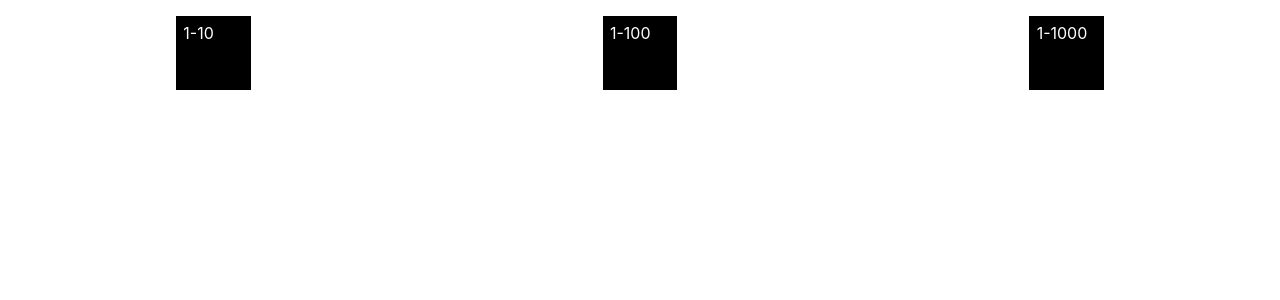
Repository: michalgornicki/number-generator
Page: /
The author's editor kept a copy of each file at every save. The page is drawn from the files as they stood at one save, then again after the next save.
The browser window is 1280 px wide. The pictures show the whole page.
The project was rebuilt for these pictures with package versions that can differ from the ones it lists, and the page was loaded fresh each time.

Above is the page before, as saved 2021-12-03 13:37:32.

After the next save:
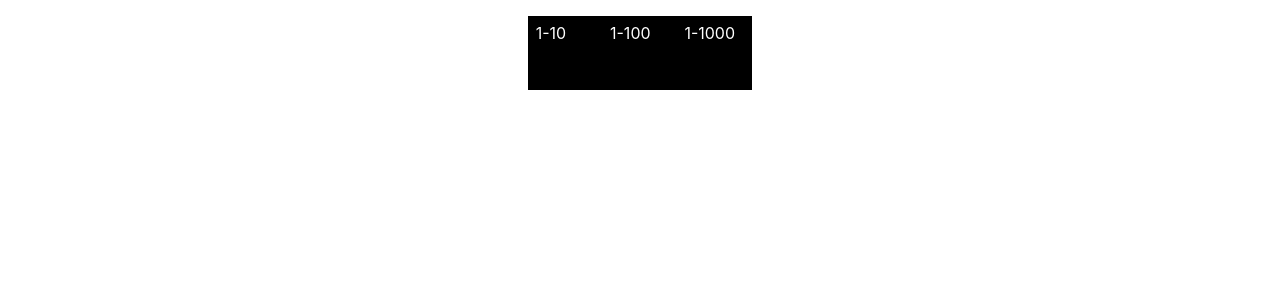
Saved 43 s later.
--- a/src/App.css
+++ b/src/App.css
@@ -5,7 +5,6 @@
 
 .button{
     display: block;
-    margin:auto;
     width: 60px;
     height: 60px;
     background-color: black;

After the 2 saves that followed:
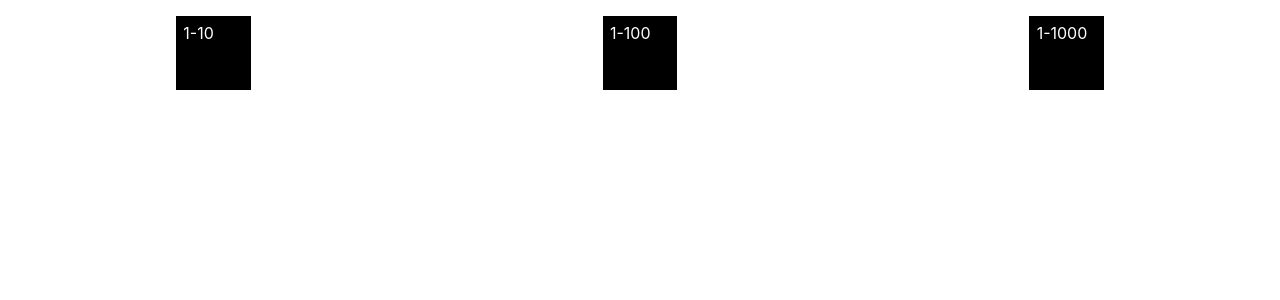
The 2 saves are shown as one change because they came seconds apart.
The last was saved 8 s later.
--- a/src/App.css
+++ b/src/App.css
@@ -1,10 +1,13 @@
 .button-container{
+    display: block;
+    margin:auto;
     display: flex;
     justify-content: center;
 }
 
 .button{
     display: block;
+    margin:auto;
     width: 60px;
     height: 60px;
     background-color: black;
